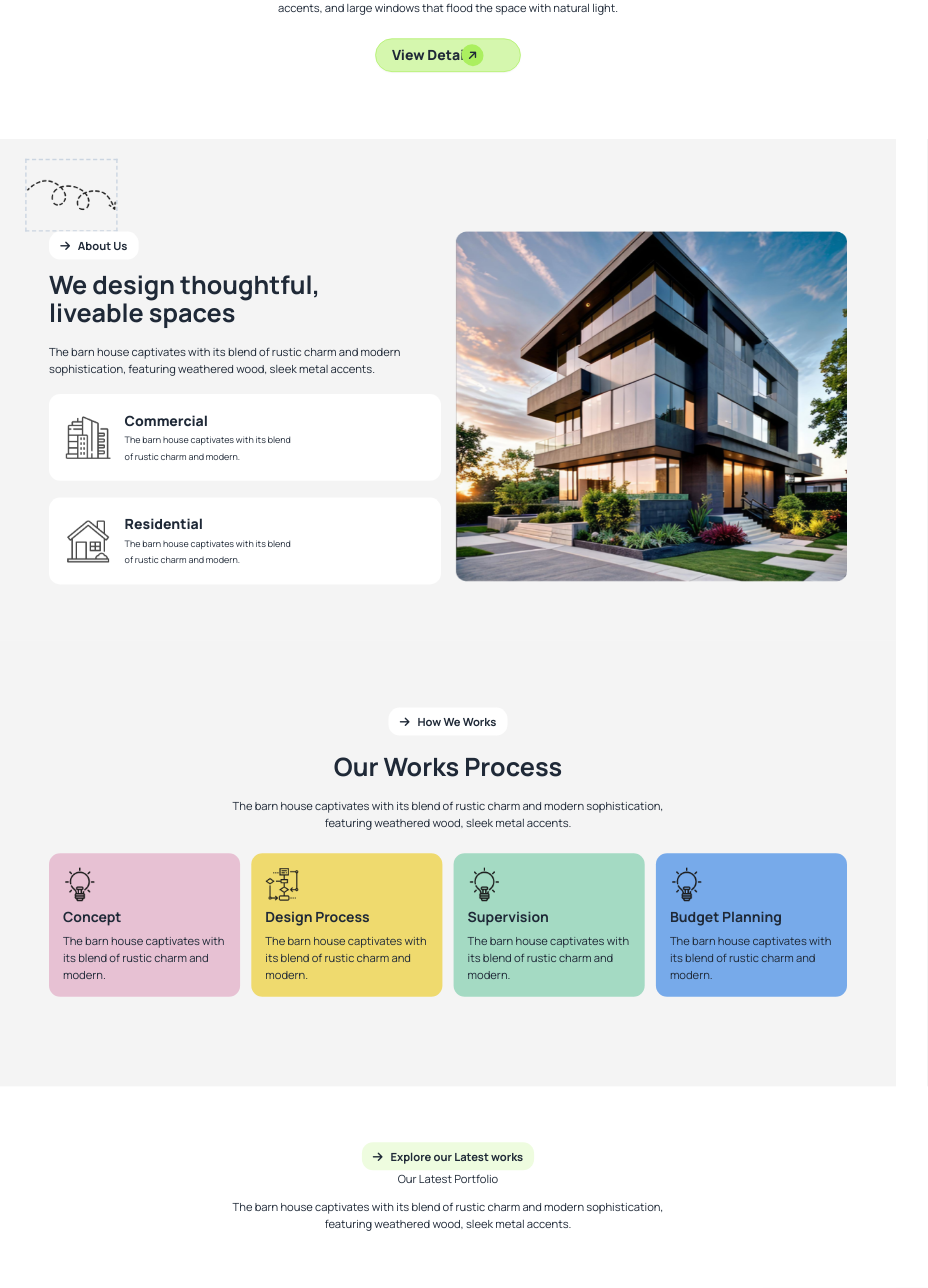
Repository: Tanvir4312/assignment-03
Page: index.html
These files come from the project's save history. The page is drawn as it stood at one moment and after the next save; the edit follows.
The browser window is 1280 px wide. The page is 1325 px wide, so the pictures cover 1325 px, including what lies to the right of the window. The pictures show the part of the page from y = 747 to 2587 px (the page is 2587 px tall), at 70% of full size.
Some web libraries are served in a nearby version.

Above is the page before, as saved 2024-10-30 18:08:25.

After the next save:
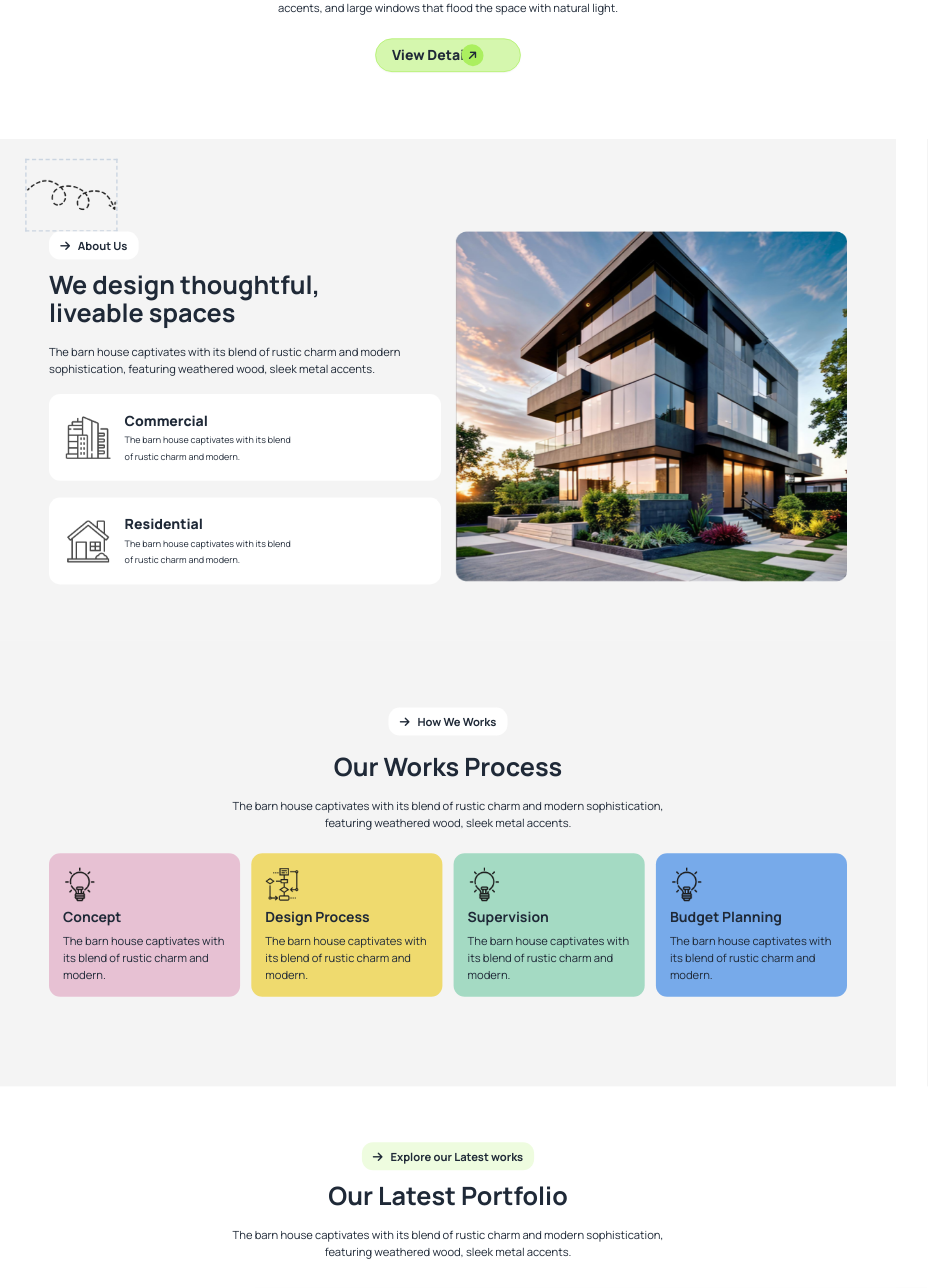
Saved 83 s later.
--- a/index.html
+++ b/index.html
@@ -235,8 +235,8 @@
                 </div>
                 <!-- Text -->
                 <div class="text-center">
-                    <h1>Our Latest Portfolio</h1>
-                    <p class="pt-4 pb-6">The barn house captivates with its blend of rustic charm and modern sophistication, <br>
+                    <h1 class="pt-4 pb-6 md:text-4xl text-2xl font-bold">Our Latest Portfolio</h1>
+                    <p>The barn house captivates with its blend of rustic charm and modern sophistication, <br>
                         featuring
                         weathered wood, sleek metal accents.</p>
                 </div>
